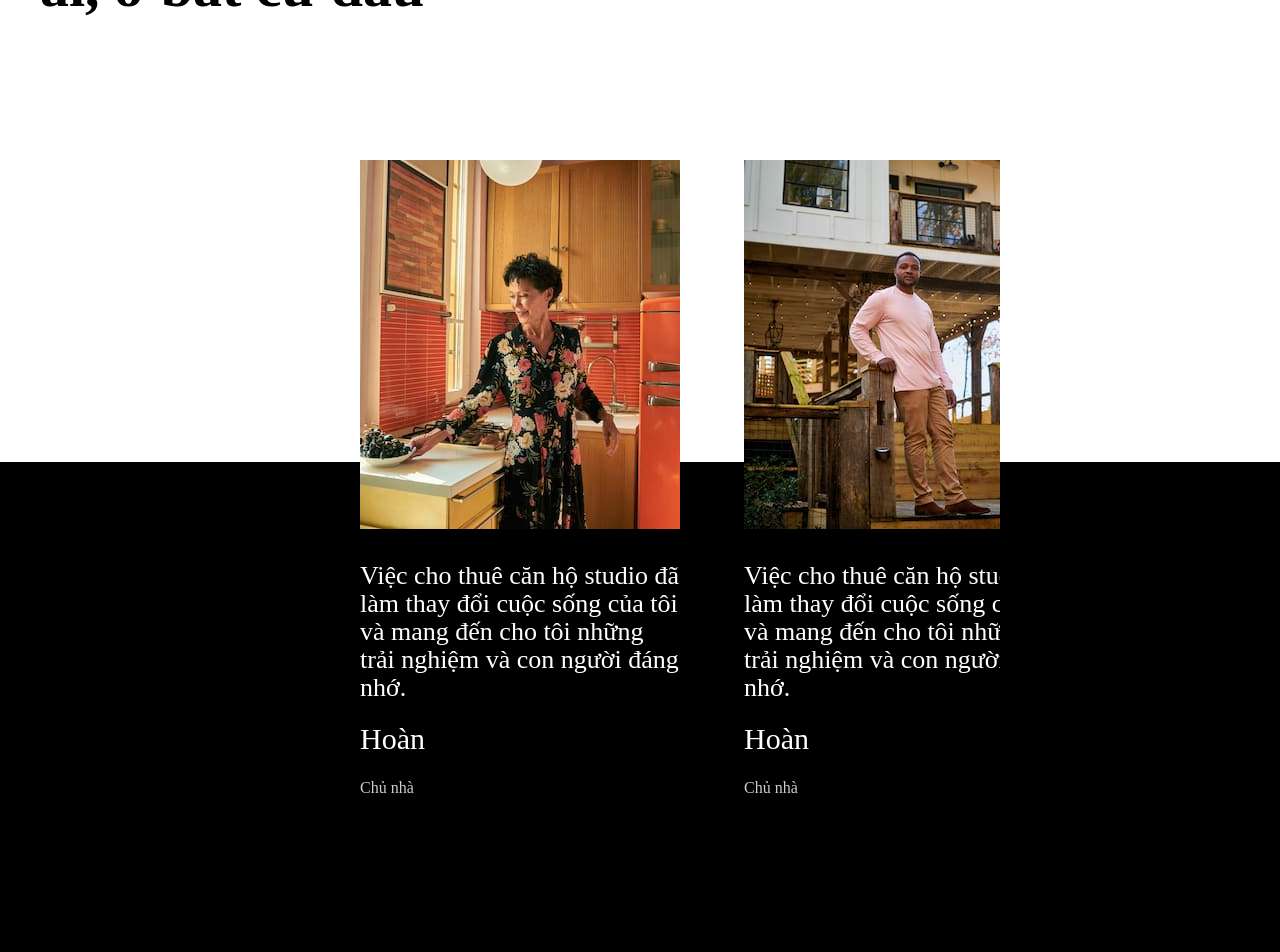
Repository: HoanTiny/AirbnbClone
Page: page3.html
The author's editor kept a copy of each file at every save. The page is drawn from the files as they stood at one save, then again after a run of saves.
The browser window is 1280 px wide. The pictures show the part of the page from y = 958 to 1910 px (the page is 1920 px tall).

Above is the page before, as saved 2021-09-13 11:52:55.

### page3.html
<!DOCTYPE html>
<html lang="en">
    <head>
        <meta charset="UTF-8" />
        <meta http-equiv="X-UA-Compatible" content="IE=edge" />
        <meta name="viewport" content="width=device-width, initial-scale=1.0" />
        <link rel="stylesheet" href="./acess/css/mainpage3.css" />
        <link rel="stylesheet" href="./acess/css/gird.css" />
        <link rel="stylesheet" href="./acess/css/base.css" />
        <link rel="stylesheet" href="./acess/css/reponsive.css" />
        <link
            rel="stylesheet"
            href="./acess/font/fontawesome-free-5.15.3-web/css/all.min.css"
        />
        <title>Cho thuê nhà</title>
    </head>
    <body>
        <div class="app-p3">
            <div class="banner">
                <div class="banner__left">
                    <div class="banner__left-img">
                        <svg
                            width="30"
                            height="32"
                            fill="currentcolor"
                            color="#fff"
                            style="display: block"
                        >
                            <path
                                d="M29.24 22.68c-.16-.39-.31-.8-.47-1.15l-.74-1.67-.03-.03c-2.2-4.8-4.55-9.68-7.04-14.48l-.1-.2c-.25-.47-.5-.99-.76-1.47-.32-.57-.63-1.18-1.14-1.76a5.3 5.3 0 00-8.2 0c-.47.58-.82 1.19-1.14 1.76-.25.52-.5 1.03-.76 1.5l-.1.2c-2.45 4.8-4.84 9.68-7.04 14.48l-.06.06c-.22.52-.48 1.06-.73 1.64-.16.35-.32.73-.48 1.15a6.8 6.8 0 007.2 9.23 8.38 8.38 0 003.18-1.1c1.3-.73 2.55-1.79 3.95-3.32 1.4 1.53 2.68 2.59 3.95 3.33A8.38 8.38 0 0022.75 32a6.79 6.79 0 006.75-5.83 5.94 5.94 0 00-.26-3.5zm-14.36 1.66c-1.72-2.2-2.84-4.22-3.22-5.95a5.2 5.2 0 01-.1-1.96c.07-.51.26-.96.52-1.34.6-.87 1.65-1.41 2.8-1.41a3.3 3.3 0 012.8 1.4c.26.4.45.84.51 1.35.1.58.06 1.25-.1 1.96-.38 1.7-1.5 3.74-3.21 5.95zm12.74 1.48a4.76 4.76 0 01-2.9 3.75c-.76.32-1.6.41-2.42.32-.8-.1-1.6-.36-2.42-.84a15.64 15.64 0 01-3.63-3.1c2.1-2.6 3.37-4.97 3.85-7.08.23-1 .26-1.9.16-2.73a5.53 5.53 0 00-.86-2.2 5.36 5.36 0 00-4.49-2.28c-1.85 0-3.5.86-4.5 2.27a5.18 5.18 0 00-.85 2.21c-.13.84-.1 1.77.16 2.73.48 2.11 1.78 4.51 3.85 7.1a14.33 14.33 0 01-3.63 3.12c-.83.48-1.62.73-2.42.83a4.76 4.76 0 01-5.32-4.07c-.1-.8-.03-1.6.29-2.5.1-.32.25-.64.41-1.02.22-.52.48-1.06.73-1.6l.04-.07c2.16-4.77 4.52-9.64 6.97-14.41l.1-.2c.25-.48.5-.99.76-1.47.26-.51.54-1 .9-1.4a3.32 3.32 0 015.09 0c.35.4.64.89.9 1.4.25.48.5 1 .76 1.47l.1.2c2.44 4.77 4.8 9.64 7 14.41l.03.03c.26.52.48 1.1.73 1.6.16.39.32.7.42 1.03.19.9.29 1.7.19 2.5z"
                            ></path>
                        </svg>
                    </div>
                    <div class="banner__left-conttent">
                        <h1 class="banner__left-heading">
                            Đón tiếp khách làm nên linh hồn của Airbnb
                        </h1>
                        <button class="banner__left-btn">
                            Thử đón tiếp khách
                        </button>
                    </div>
                    <i class="fas fa-chevron-down banner__left-icon"></i>
                </div>
                <div class="banner-right">
                    <video
                        id="video"
                        src="./acess/img/Cho thuê nhà trên Airbnb.webm"
                        class="banner__right-video"
                        autoplay
                        crossorigin="anonymous"
                        playsinline
                        preload="auto"
                        aria-label="Chelsea, Chủ nhà ở Philadelphia, mỉm cười khi mở cửa. Soraya, Chủ nhà ở Mumbai, mỉm cười khi mở cửa trước cùng một người khác ở bên cạnh. Mohamed, Chủ nhà ở Johannesburg, mỉm cười khi mở cửa. Maria, Chủ nhà ở Mexico City, gật đầu mỉm cười khi mang cây đi."
                    ></video>
                </div>
            </div>
            <div class="content">
                <div class="content__heading">
                    <div class="grid wide">
                        <h2 class="content__heading-top">
                            Bạn có thể đón tiếp bất kỳ ai, ở bất cứ đâu
                        </h2>
                    </div>
                    <div class="grid wide">
                        <div class="content__home">
                            <div class="home__img">
                                <div class="home__img-home__product">
                                    <img src="./acess/img/home-p3.jpg" class="img content__home-img"></img>
                                </div>
                                <div class="home__img-home__product-text">
                                    <p class="home__img-text">Việc cho thuê căn hộ studio đã làm thay đổi cuộc sống của tôi và mang đến cho tôi những trải nghiệm và con người đáng nhớ.</p>
                                    <p class="home__img-text-end">Hoàn</p>
                                    <p class="home__img-text-admin-home">Chủ nhà</p>
                                </div>
                            </div>
                            <div class="home__img">
                                <div class="home__img-home__product">
                                    <img src="./acess/img/home-p3-2.jpg" class="img content__home-img"></img>
                                </div>
                                <div class="home__img-home__product-text">
                                    <p class="home__img-text">Việc cho thuê căn hộ studio đã làm thay đổi cuộc sống của tôi và mang đến cho tôi những trải nghiệm và con người đáng nhớ.</p>
                                    <p class="home__img-text-end">Hoàn</p>
                                    <p class="home__img-text-admin-home">Chủ nhà</p>
                                </div>
                            </div>
                            <div class="home__img">
                                <div class="home__img-product-img">
                                    <img src="./acess/img/home-p3-3.jpg" class="img content__home-img"></img>
                                </div>
                                <div class="home__img-product-text">
                                    <p class="home__img-text">Việc cho thuê căn hộ studio đã làm thay đổi cuộc sống của tôi và mang đến cho tôi những trải nghiệm và con người đáng nhớ.</p>
                                    <p class="home__img-text-end">Hoàn</p>
                                    <p class="home__img-text-admin-home">Chủ nhà</p>
                                </div>
                            </div>
                            <div class="home__img">
                                <div class="home__img-home__product">
                                    <img src="./acess/img/home-p3-4.jpg" class="img content__home-img"></img>
                                </div>
                                <div class="home__img-home__product-text">
                                    <p class="home__img-text">Việc cho thuê căn hộ studio đã làm thay đổi cuộc sống của tôi và mang đến cho tôi những trải nghiệm và con người đáng nhớ.</p>
                                    <p class="home__img-text-end">Hoàn</p>
                                    <p class="home__img-text-admin-home">Chủ nhà</p>
                                </div>
                            </div>
                        </div>
                    </div>
                </div>
                <div class="content__search"></div>
            </div>
        </div>
        <script>
            var videoPlayer = document.getElementById("video");
            // Auto play, half volume.
            videoPlayer.play();
            videoPlayer.volume = 0.5;

            // Play / pause.
            videoPlayer.addEventListener("click", function () {
                if (videoPlayer.paused == false) {
                    videoPlayer.pause();
                    videoPlayer.firstChild.nodeValue = "Play";
                } else {
                    videoPlayer.play();
                    videoPlayer.firstChild.nodeValue = "Pause";
                }
            });
        </script>
    </body>
</html>

### acess/css/mainpage3.css
body {
    margin: 0;
}

.banner {
    height: 100vh;
    display: flex;
    justify-content: center;
}
.banner__left {
    width: 50%;
    background-color: #000;
    position: relative;
}
.banner__left-img {
    padding: 24px;
}
.banner__left-conttent {
    display: flex;
    flex-direction: column;
    align-items: center;
    justify-content: center;
    position: absolute;
    top: 50%;
    left: 50%;
    transform: translate(-50%, -50%);
    width: fit-content;
}
.banner__left-heading {
    color: #fff;
    text-align: center;
    font-size: 6.8rem;
    line-height: 7rem;
    padding: 12px 24px;
    font-weight: 500;
}
.banner__left-btn {
    padding: 18px 32px;
    font-size: 1.8rem;
    border-radius: 12px;
    background-image: linear-gradient(
        to right,
        rgb(229, 29, 80),
        rgb(220, 14, 100)
    );
    color: var(--white-color);
    border: none;
    cursor: pointer;
}

.banner__left-icon {
    color: var(--white-color);
    position: absolute;
    bottom: 32px;
    font-size: 1.5rem;
    left: 50%;
    padding: 12px;
    margin-left: -12px;
    border-radius: 50%;
    cursor: pointer;
}

.banner__left-icon:hover {
    background-color: #999;
}

.banner-right {
    width: 50%;
}

.banner__right-video {
    object-fit: cover;
    object-position: center top;
    width: 100%;
    height: 100%;
}

.content__heading {
    position: relative;
    height: 700px;
    padding-top: 120px;
}

.content__heading-top {
    margin-top: 48px;
    font-size: 5.8rem;
    line-height: 6.8rem;
    text-align: left;
    width: 60%;
    margin: 0;
}

.content__home {
    position: absolute;
    bottom: -50%;
    max-width: 50%;
    overflow-x: auto;
    flex-wrap: nowrap;
    display: flex;
    transform: translate(50%);
}

.content__home::-webkit-scrollbar {
    display: none;
}

.home__img {
    flex-shrink: 0;
    width: 50%;
    margin-right: 64px;
}

.home__img-product-text {
    margin-top: 24px;
}

.home__img-text {
    color: var(--white-color);
    font-size: 2.6rem;
    line-height: 2.8rem;
}

.home__img-text-end {
    color: var(--white-color);
    font-size: 3rem;
    font-family: cursive;
}

.home__img-text-admin-home {
    color: #ccc;
    font-size: 1.6rem;
}

.content__home-img {
    width: 100%;
    height: 100%;
    object-fit: cover;
}

.content__search {
    background-color: #000;
    height: 500px;
}

### acess/css/base.css
:root {
    --white-color:#fff;
    --black-color: #000;
    --text-color: #333;
}

* {
    box-sizing: inherit;
}

html {
    /* font-family: Circular, -apple-system, BlinkMacSystemFont, Roboto, "Helvetica Neue", sans-serif; */
    font-family: 'Font Awesome 5 Free';
    box-sizing: border-box;
    font-size: 62.5%;
    line-height: 1.8rem;
}

### acess/css/reponsive.css
@media (min-width: 723px) and (max-width: 1023px) {
    .hold-on-mobile-tablet {
        display: none;
    }
    .background {
        background-position: unset;
    }

    .header__nav-list-tablet {
        display: flex;
    }

    .search {
        margin: 0;
    }

    .search__item:first-of-type {
        padding-left: 32px;
    }

    .search__item {
        margin: 0;
        padding: 12px;
    }

    .home__product-tablet {
        height: 140px;
        overflow: hidden;
        display: -webkit-box;
        -webkit-line-clamp: 2;
    }

    .home__category-tablet {
        display: flex;
        max-width: 100%;
        overflow-x: auto;
        flex-wrap: nowrap;
    }

    .home__category-tablet::-webkit-scrollbar {
        display: none;
    }

    .home__category-item-tablet {
        width: 33.3333%;
        flex-shrink: 0;
    }

    .footer-end {
        flex-direction: column-reverse;
    }

    .footer__end-social-list{
        display: flex;
        justify-content: center;
    }

    .footer__end-copyright-list{
        flex-wrap: wrap;
        justify-content: center;
    }

    .footer__end-copyright__item:first-of-type {
        width: 100%;
        text-align: center;
        margin-bottom: 4px;
    }

    .header__nav-scrollba-btn {
        margin-left: auto;
    }

}

@media (max-width: 723px)
{
    .hold-on-mobile {
        display: none;
    }

    .search {
        display: none;
    }
    .header__nav {
        display: none;
    }

    .header__mobile{
        display: flex;
    }

    .footer {
        text-align: center;
    }

    .home__category-tablet {
        display: flex;
        max-width: 100%;
        overflow-x: auto;
        flex-wrap: nowrap;
    }

    .home__category-tablet::-webkit-scrollbar {
        display: none;
    }

    .home__category-item-tablet {
        width: 33.3333%;
        flex-shrink: 0;
    }

    #header__nav-scrollbar {
        display: none;
    }

    .header__mobile {
        position: fixed;
        top: 0px;
        left: 0;
        right: 0;
        z-index: 12;
        align-items: center;
    }

    .header__mobile-btn {
        border: none;
        background-color: rgb(247, 247, 247);
        box-shadow: none;
        top: 20;
    }

    .web__content-heading {
        font-size: 2.2rem;
        line-height: 2.6rem;
    }

    .home__category-next {
        display: none;
    }

    .home__category-return--active {
        display: none;
    }

    .home__experience-mobile {
        display: flex;
        max-width: 100%;
        overflow-x: auto;
        flex-wrap: nowrap;
    }

    .home__experience-mobile::-webkit-scrollbar {
        display: none;
    }

    .home__experience-mobile-item {
        width: 75%;
        flex-shrink: 0;
    }

    path {
        display: none;
    }
    .search-where {
        display: block;
        position: revert;
    }

    .search-where-icon {
        display: none;
    }

    /* Page 2 */

    .home-place__item-img {
        height: 345px;
    }

    .menu-list__item {
        border: none;
    }

    .header-page2 {
        border-bottom: none;
    }

    .header__mobile-page2 {
        display: block;
    }

    .home-place {
        margin-top: 115px;
    }

}

Loaded but not shown: acess/font/fontawesome-free-5.15.3-web/css/all.min.css (library); acess/css/gird.css (591 lines, source omitted)

After the next 2 saves:
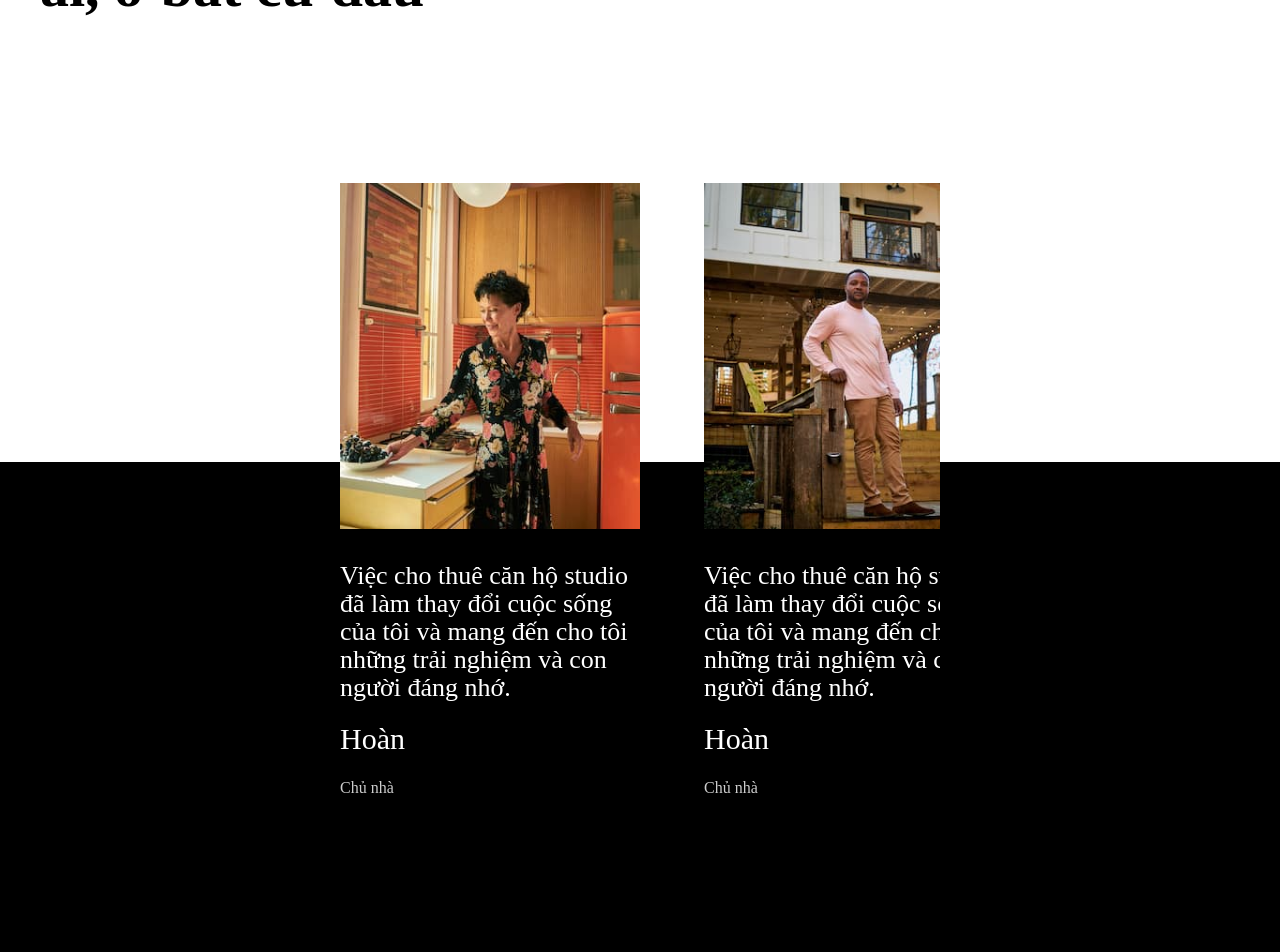
The 2 saves are shown as one change because they came seconds apart.
The last was saved 7 min 6 s later.
--- a/page3.html
+++ b/page3.html
@@ -55,52 +55,54 @@
                 </div>
             </div>
             <div class="content">
-                <div class="content__heading">
-                    <div class="grid wide">
-                        <h2 class="content__heading-top">
-                            Bạn có thể đón tiếp bất kỳ ai, ở bất cứ đâu
-                        </h2>
-                    </div>
-                    <div class="grid wide">
-                        <div class="content__home">
-                            <div class="home__img">
-                                <div class="home__img-home__product">
-                                    <img src="./acess/img/home-p3.jpg" class="img content__home-img"></img>
+                <div class="grid wide">
+                    <div class="content__heading">
+                        <div class="grid wide">
+                            <h2 class="content__heading-top">
+                                Bạn có thể đón tiếp bất kỳ ai, ở bất cứ đâu
+                            </h2>
+                        </div>
+                        <div class="grid wide">
+                            <div class="content__home">
+                                <div class="home__img">
+                                    <div class="home__img-home__product">
+                                        <img src="./acess/img/home-p3.jpg" class="img content__home-img"></img>
+                                    </div>
+                                    <div class="home__img-home__product-text">
+                                        <p class="home__img-text">Việc cho thuê căn hộ studio đã làm thay đổi cuộc sống của tôi và mang đến cho tôi những trải nghiệm và con người đáng nhớ.</p>
+                                        <p class="home__img-text-end">Hoàn</p>
+                                        <p class="home__img-text-admin-home">Chủ nhà</p>
+                                    </div>
                                 </div>
-                                <div class="home__img-home__product-text">
-                                    <p class="home__img-text">Việc cho thuê căn hộ studio đã làm thay đổi cuộc sống của tôi và mang đến cho tôi những trải nghiệm và con người đáng nhớ.</p>
-                                    <p class="home__img-text-end">Hoàn</p>
-                                    <p class="home__img-text-admin-home">Chủ nhà</p>
+                                <div class="home__img">
+                                    <div class="home__img-home__product">
+                                        <img src="./acess/img/home-p3-2.jpg" class="img content__home-img"></img>
+                                    </div>
+                                    <div class="home__img-home__product-text">
+                                        <p class="home__img-text">Việc cho thuê căn hộ studio đã làm thay đổi cuộc sống của tôi và mang đến cho tôi những trải nghiệm và con người đáng nhớ.</p>
+                                        <p class="home__img-text-end">Hoàn</p>
+                                        <p class="home__img-text-admin-home">Chủ nhà</p>
+                                    </div>
                                 </div>
-                            </div>
-                            <div class="home__img">
-                                <div class="home__img-home__product">
-                                    <img src="./acess/img/home-p3-2.jpg" class="img content__home-img"></img>
+                                <div class="home__img">
+                                    <div class="home__img-product-img">
+                                        <img src="./acess/img/home-p3-3.jpg" class="img content__home-img"></img>
+                                    </div>
+                                    <div class="home__img-product-text">
+                                        <p class="home__img-text">Việc cho thuê căn hộ studio đã làm thay đổi cuộc sống của tôi và mang đến cho tôi những trải nghiệm và con người đáng nhớ.</p>
+                                        <p class="home__img-text-end">Hoàn</p>
+                                        <p class="home__img-text-admin-home">Chủ nhà</p>
+                                    </div>
                                 </div>
-                                <div class="home__img-home__product-text">
-                                    <p class="home__img-text">Việc cho thuê căn hộ studio đã làm thay đổi cuộc sống của tôi và mang đến cho tôi những trải nghiệm và con người đáng nhớ.</p>
-                                    <p class="home__img-text-end">Hoàn</p>
-                                    <p class="home__img-text-admin-home">Chủ nhà</p>
-                                </div>
-                            </div>
-                            <div class="home__img">
-                                <div class="home__img-product-img">
-                                    <img src="./acess/img/home-p3-3.jpg" class="img content__home-img"></img>
-                                </div>
-                                <div class="home__img-product-text">
-                                    <p class="home__img-text">Việc cho thuê căn hộ studio đã làm thay đổi cuộc sống của tôi và mang đến cho tôi những trải nghiệm và con người đáng nhớ.</p>
-                                    <p class="home__img-text-end">Hoàn</p>
-                                    <p class="home__img-text-admin-home">Chủ nhà</p>
-                                </div>
-                            </div>
-                            <div class="home__img">
-                                <div class="home__img-home__product">
-                                    <img src="./acess/img/home-p3-4.jpg" class="img content__home-img"></img>
-                                </div>
-                                <div class="home__img-home__product-text">
-                                    <p class="home__img-text">Việc cho thuê căn hộ studio đã làm thay đổi cuộc sống của tôi và mang đến cho tôi những trải nghiệm và con người đáng nhớ.</p>
-                                    <p class="home__img-text-end">Hoàn</p>
-                                    <p class="home__img-text-admin-home">Chủ nhà</p>
+                                <div class="home__img">
+                                    <div class="home__img-home__product">
+                                        <img src="./acess/img/home-p3-4.jpg" class="img content__home-img"></img>
+                                    </div>
+                                    <div class="home__img-home__product-text">
+                                        <p class="home__img-text">Việc cho thuê căn hộ studio đã làm thay đổi cuộc sống của tôi và mang đến cho tôi những trải nghiệm và con người đáng nhớ.</p>
+                                        <p class="home__img-text-end">Hoàn</p>
+                                        <p class="home__img-text-admin-home">Chủ nhà</p>
+                                    </div>
                                 </div>
                             </div>
                         </div>
